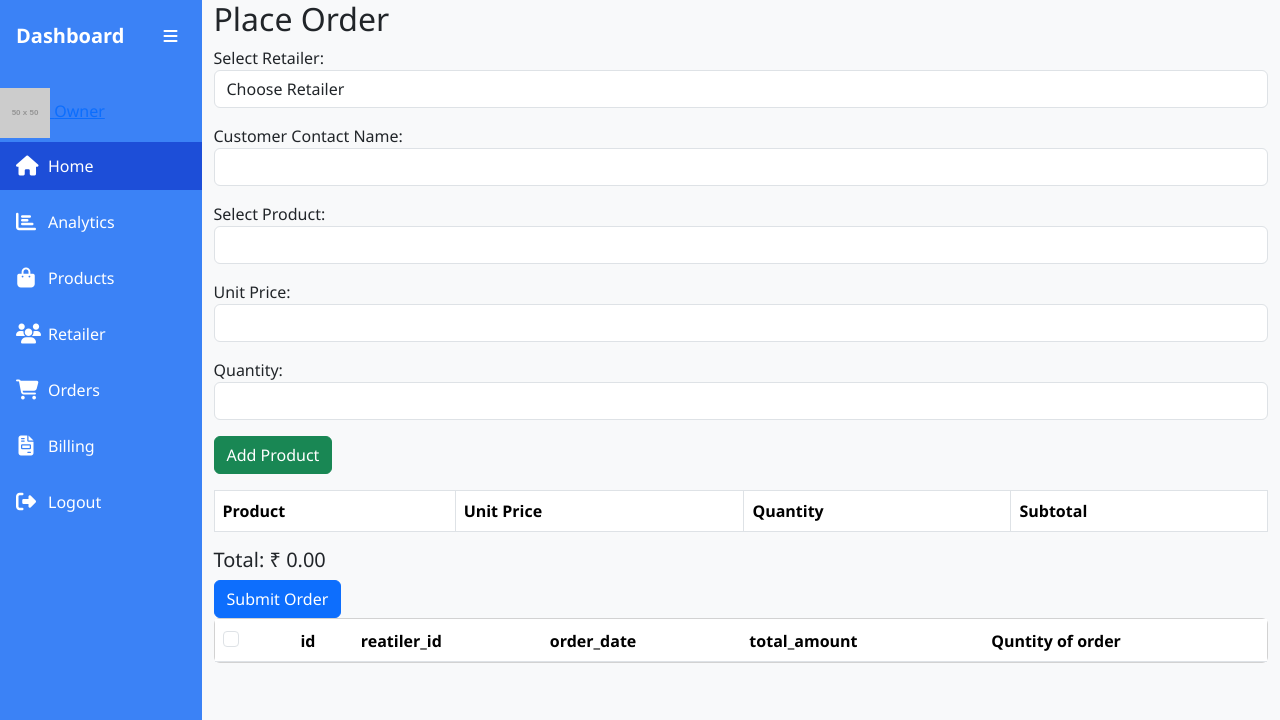
Repository: AditiAjitSalvi/Inventory_Managment
Page: http://localhost/Paper_inventory/Order.jsp
An editor plug-in stored every save of this project. The page is shown before and after the next save, followed by the edit.
The browser window is 1280 px wide. The pictures show the whole page.
The page is served by Tomcat 9. Queries for data that is not in the repository find no rows.

Above is the page before, as saved 2025-06-02 19:22:29.
Console error: TypeError: Cannot read properties of null (reading 'getContext')

After the next save:
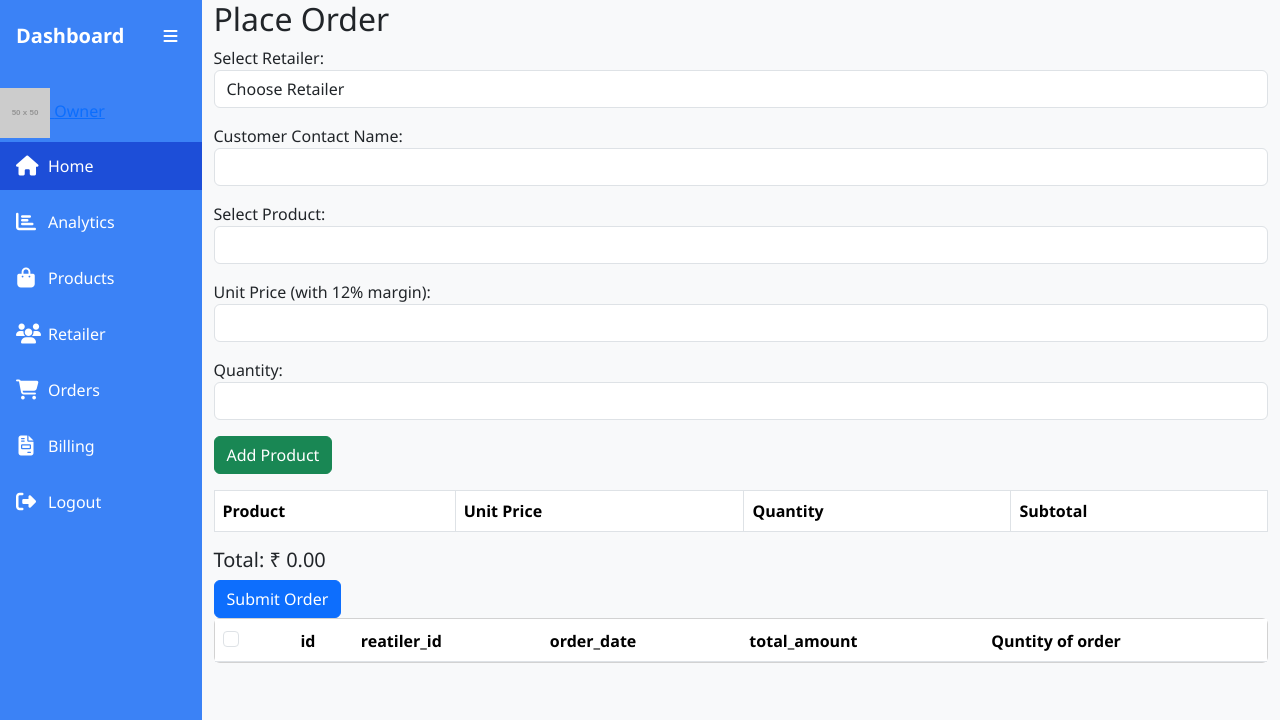
Saved 6 h 51 min later.
--- a/Paper_inventory/Paper_inventory/src/main/webapp/Order.jsp
+++ b/Paper_inventory/Paper_inventory/src/main/webapp/Order.jsp
@@ -351,8 +351,11 @@ body {
 							Statement stmt = con.createStatement();
 							ResultSet rs = stmt.executeQuery("SELECT product_id, product_name FROM products");
 							while (rs.next()) {
+								int productId = rs.getInt("product_id");
+								String productName = rs.getString("product_name");
+								double unitPrice = rs.getDouble("unit_price");
 						%>
-						<option value="<%=rs.getInt("product_id")%>"><%=rs.getString("product_name")%></option>
+						<option value="<%=unitPrice%>" data-id="<%=productId%>"><%=productName%></option>
 						<%
 						}
 						con.close();
@@ -365,9 +368,10 @@ body {
 
 				<!-- Price and Quantity Inputs -->
 				<div class="form-group mb-3">
-					<label for="price">Unit Price:</label> <input type="number"
-						class="form-control" id="price" step="0.01">
-				</div>
+					<label for="price">Unit Price (with 12% margin):</label> <input
+						type="number" class="form-control" id="price" step="0.01" readonly>
+				</div>
+
 
 				<div class="form-group mb-3">
 					<label for="quantity">Quantity:</label> <input type="number"
